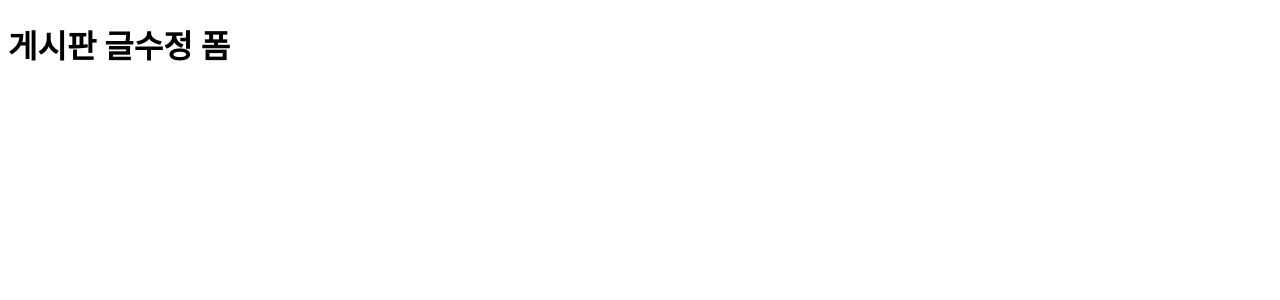
Repository: nsj2204/spring2
Page: http://localhost/ex01/board/update.do
An editor plug-in stored every save of this project. The page is shown before and after the next save, followed by the edit.
The browser window is 1280 px wide. The pictures show the whole page.
The page is served by Tomcat 9.

Above is the page before, as saved 2023-04-06 01:04:53.

After the next save:
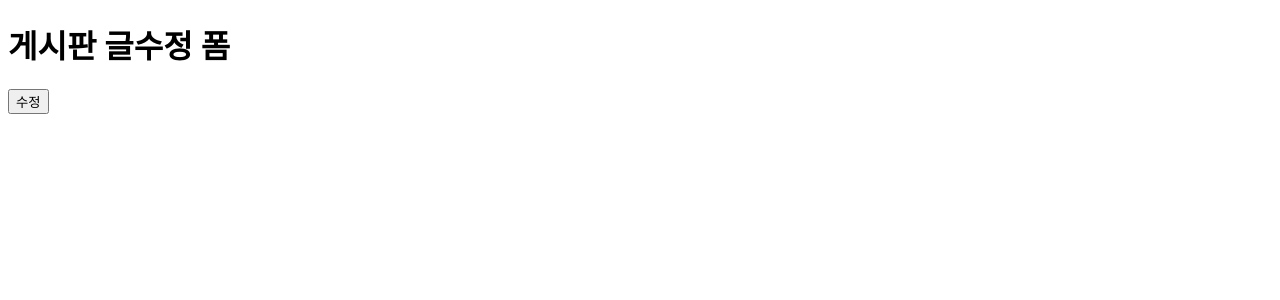
Saved 6 s later.
--- a/ex01/src/main/webapp/WEB-INF/views/board/update.jsp
+++ b/ex01/src/main/webapp/WEB-INF/views/board/update.jsp
@@ -8,6 +8,8 @@
 </head>
 <body>
 <h1>게시판 글수정 폼</h1>
-<form action="update.do" method="post"></form>
+<form action="update.do" method="post">
+	<button>수정</button>
+</form>
 </body>
 </html>
